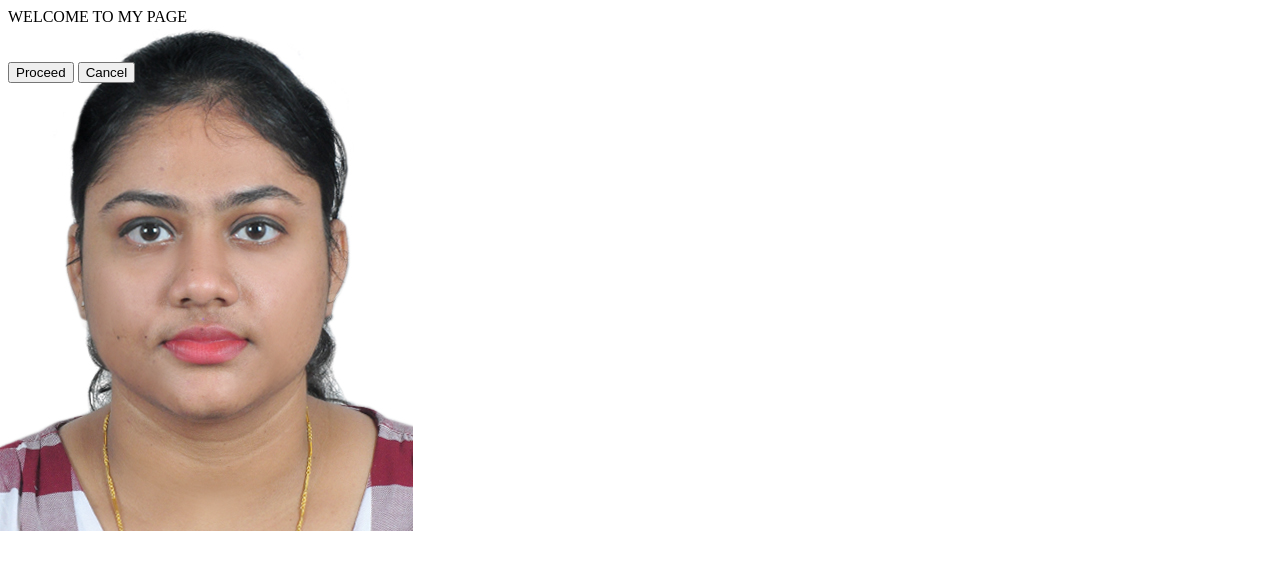
Repository: ROSHNA-301174285/MyFirstRepo
Page: main.html
These files come from the project's save history. The page is drawn as it stood at one moment and after the next save; the edit follows.
The browser window is 1280 px wide. The pictures show the whole page.

Above is the page before, as saved 2021-05-19 23:57:13.

After the next save:
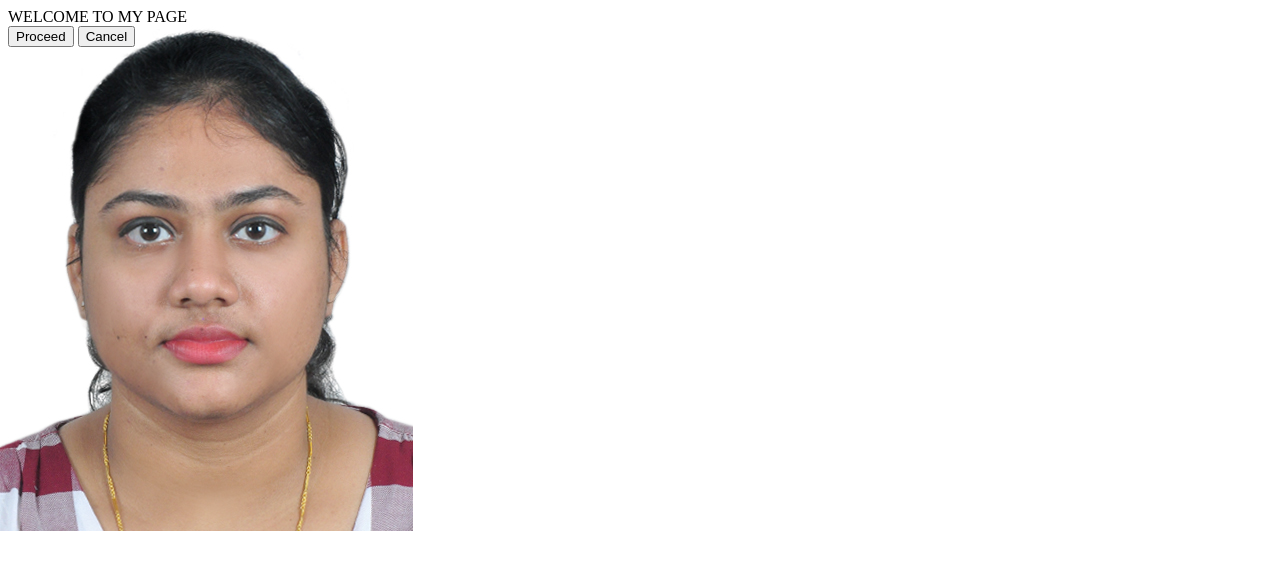
Saved 25 s later.
--- a/main.html
+++ b/main.html
@@ -9,6 +9,9 @@
 <body>
     <script type = "text/javascript" src = "info.js" ></script>
     <br />
+
+    <input type = "button" onclick = "onClickProceed()" value = "Proceed" />
+    <input type = "button" onclick = "onClickCancel()" value = "Cancel" />
     <br />
     <br />
     <style>
@@ -17,8 +20,5 @@
             background-repeat: no-repeat;
         }
     </style>
-
-    <input type = "button" onclick = "onClickProceed()" value = "Proceed" />
-    <input type = "button" onclick = "onClickCancel()" value = "Cancel" />
 </body>
 </html>
